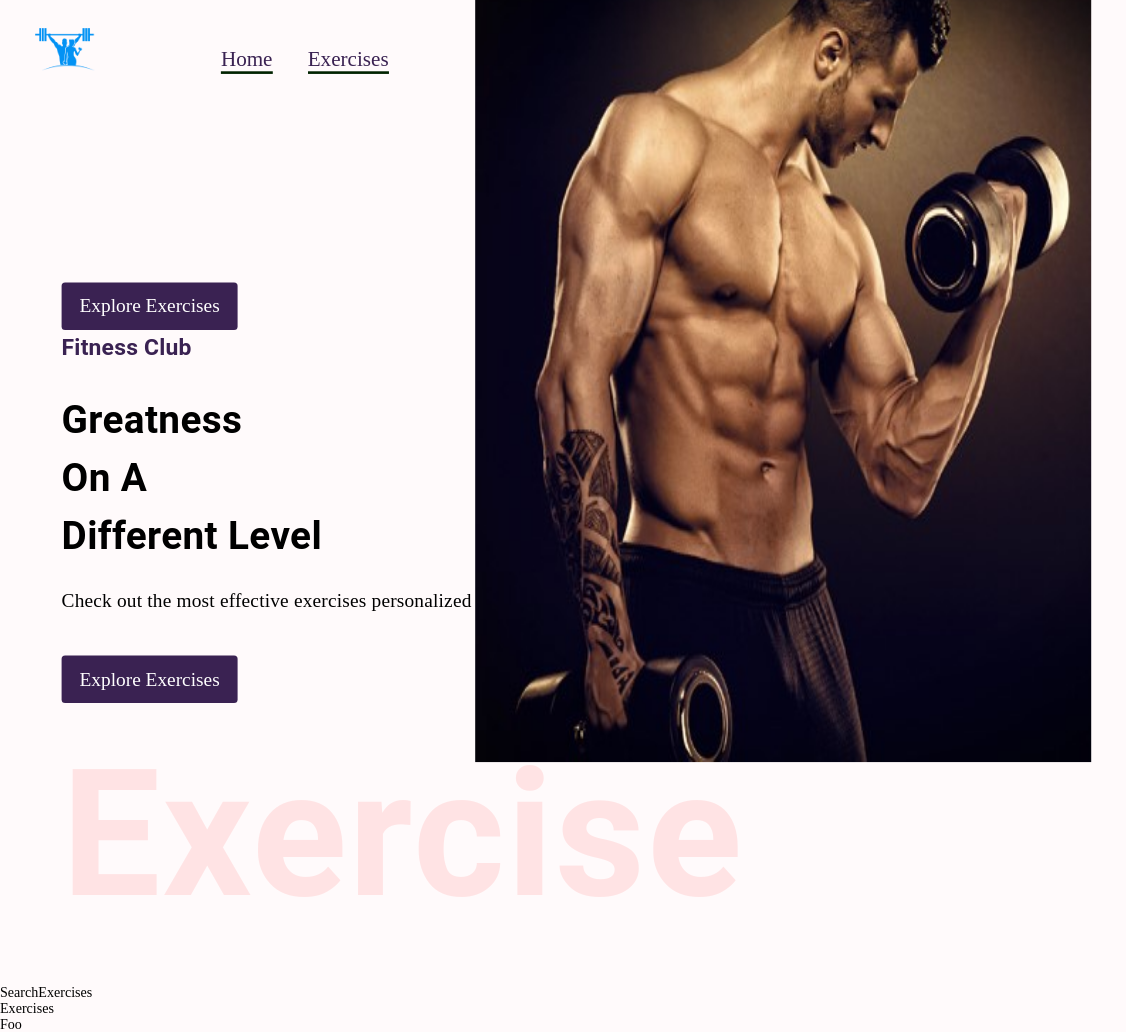
Repository: MhlengiNgubane/Workout-App
Page: /
The author's editor kept a copy of each file at every save. The page is drawn from the files as they stood at one save, then again after the next save.
The browser window is 1280 px wide. The pictures show the whole page, at 88% of full size.
The project was rebuilt for these pictures with package versions that can differ from the ones it lists, and the page was loaded fresh each time. Also part of the build but not shown: src/pages/ExerciseDetail.js.

Above is the page before, as saved 2022-08-01 08:58:06.

### public/index.html
<!DOCTYPE html>
<html lang="en">
  <head>
    <meta charset="utf-8" />
    <link rel="icon" href="%PUBLIC_URL%/favicon.ico" />
    <meta name="viewport" content="width=device-width, initial-scale=1" />
    <meta name="theme-color" content="#000000" />
    <meta
      name="description"
      content="Web site created using create-react-app"
    />
    <link rel="apple-touch-icon" href="%PUBLIC_URL%/logo192.png" />
    <!--
      manifest.json provides metadata used when your web app is installed on a
      user's mobile device or desktop. See https://developers.google.com/web/fundamentals/web-app-manifest/
    -->
    <link rel="manifest" href="%PUBLIC_URL%/manifest.json" />
    <!--
      Notice the use of %PUBLIC_URL% in the tags above.
      It will be replaced with the URL of the `public` folder during the build.
      Only files inside the `public` folder can be referenced from the HTML.

      Unlike "/favicon.ico" or "favicon.ico", "%PUBLIC_URL%/favicon.ico" will
      work correctly both with client-side routing and a non-root public URL.
      Learn how to configure a non-root public URL by running `npm run build`.
    -->
    <title>MSN GYM</title>
  </head>
  <body>
    <noscript>You need to enable JavaScript to run this app.</noscript>
    <div id="root"></div>
    <!--
      This HTML file is a template.
      If you open it directly in the browser, you will see an empty page.

      You can add webfonts, meta tags, or analytics to this file.
      The build step will place the bundled scripts into the <body> tag.

      To begin the development, run `npm start` or `yarn start`.
      To create a production bundle, use `npm run build` or `yarn build`.
    -->
  </body>
</html>

### src/index.js
import React from 'react';
import ReactDOM from 'react-dom';
import App from './App';
import { BrowserRouter } from 'react-router-dom';

const root = ReactDOM.createRoot(document.getElementById('root'));

root.render(
    <React.StrictMode>
      <BrowserRouter>
        <App />
      </BrowserRouter>
    </React.StrictMode>,
  );

### src/components/Navbar.js
import React from 'react';
import { Link } from 'react-router-dom';
import { Stack } from '@mui/material';
import Logo from '../assets/images/Logo.png';

const Navbar = () => (
    <Stack direction="row" justifyContent="space-around" sx={{ gap: { sm: '123px', xs: '40px' }, mt: { sm: '32px', xs: '20px' }, justifyContent: 'none' }} px="20px">
        <Link to="/">
            <img src={Logo} alt="logo" style={{ width: '68px', height: '48px', margin: '0px 20px' }} />
        </Link>
        <Stack
            direction="row"
            gap="40px"
            fontFamily="Alegreya"
            fontSize="24px"
            alignItems="flex-end"
        >
            <Link to="/" style={{ textDecoration: 'none', color: '#3A2252', borderBottom: '3px solid #002300' }}>Home</Link>
            <a href="exercises" style={{ textDecoration: 'none', color: '#3A2252', borderBottom: '3px solid #002300' }}>Exercises</a>
        </Stack>
  </Stack>
);

export default Navbar;

### src/components/Footer.js
import React from 'react';

const Footer = () => {
    return (
        <div>Foo</div>
    )
};

export default Footer;

### src/components/Exercises.js
import React from 'react';

const Exercises = () => {
    return (
        <div>Exercises</div>
    )
};

export default Exercises;

### src/components/SearchExercises.js
import React from 'react';

const SearchExercises = () => {
    return (
        <div>SearchExercises</div>
    )
};

export default SearchExercises;

### src/components/HeroBanner.js
import React from 'react';
import { Box, Stack, Typography } from '@mui/material';
import HeroBannerImage from '../assets/images/banner.png';

const HeroBanner = () => (
  <Box sx={{ mt: { lg: '212px', xs: '70px' }, ml: { sm: '50px' } }} position="relative" p="20px">
    <Stack>
      <a href="exercises" style={{ marginTop: '5px', textDecoration: 'none', width: '200px', textAlign: 'center', background: '#3A2252', padding: '14px', fontSize: '22px', textTransform: 'none', color: 'white', borderRadius: '4px' }}>Explore Exercises</a>
    </Stack>
    <Typography color="#3A2252" fontWeight="600" fontSize="26px">Fitness Club</Typography>
    <Typography fontWeight={700} sx={{ fontSize: { lg: '44px', xs: '40px' } }} mb="23px" mt="30px">
      Greatness <br /> On A <br />
      Different Level
    </Typography>
    <Typography fontSize="22px" fontFamily="Alegreya" lineHeight="35px">
      Check out the most effective exercises personalized to you
    </Typography>
    <Stack>
      <a href="exercises" style={{ marginTop: '45px', textDecoration: 'none', width: '200px', textAlign: 'center', background: '#3A2252', padding: '14px', fontSize: '22px', textTransform: 'none', color: 'white', borderRadius: '4px' }}>Explore Exercises</a>
    </Stack>
    <Typography fontWeight={600} color="#FF2625" sx={{ opacity: '0.1', display: { lg: 'block', xs: 'none' }, fontSize: '200px' }}>
      Exercise
    </Typography>
    <img src={HeroBannerImage} alt="hero-banner" className="hero-banner-img" />
  </Box>
);

export default HeroBanner;

Loaded but not shown: src/App.js (common file); src/App.css (common file); src/pages/Home.js (common file)

After the next save:
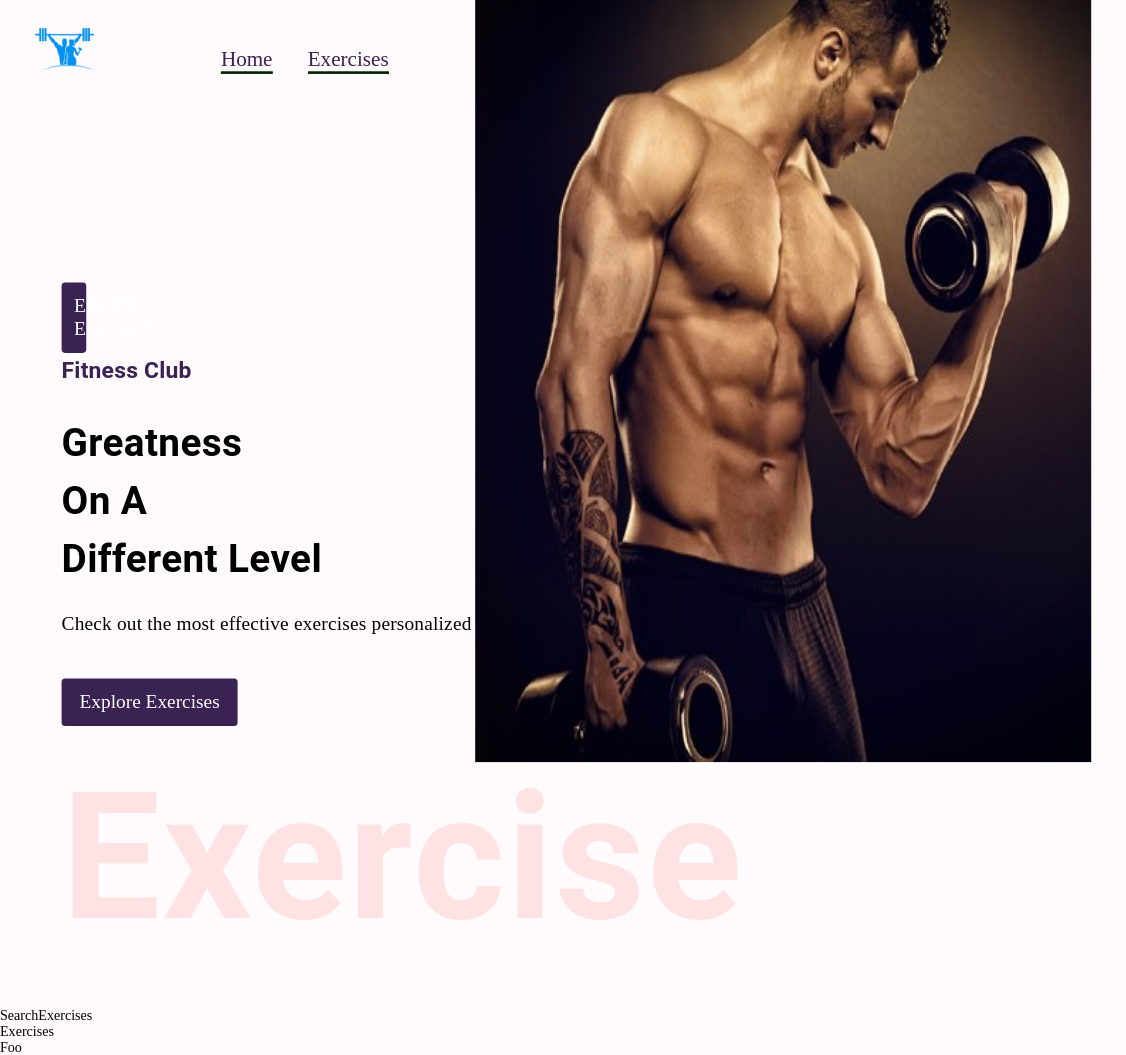
Saved 20 s later.
--- a/src/components/HeroBanner.js
+++ b/src/components/HeroBanner.js
@@ -5,7 +5,7 @@
 const HeroBanner = () => (
   <Box sx={{ mt: { lg: '212px', xs: '70px' }, ml: { sm: '50px' } }} position="relative" p="20px">
     <Stack>
-      <a href="exercises" style={{ marginTop: '5px', textDecoration: 'none', width: '200px', textAlign: 'center', background: '#3A2252', padding: '14px', fontSize: '22px', textTransform: 'none', color: 'white', borderRadius: '4px' }}>Explore Exercises</a>
+      <a href="exercises" style={{ marginTop: '5px', textDecoration: 'none', width: '20px', textAlign: 'center', background: '#3A2252', padding: '14px', fontSize: '22px', textTransform: 'none', color: 'white', borderRadius: '4px' }}>Explore Exercises</a>
     </Stack>
     <Typography color="#3A2252" fontWeight="600" fontSize="26px">Fitness Club</Typography>
     <Typography fontWeight={700} sx={{ fontSize: { lg: '44px', xs: '40px' } }} mb="23px" mt="30px">

After the save that followed:
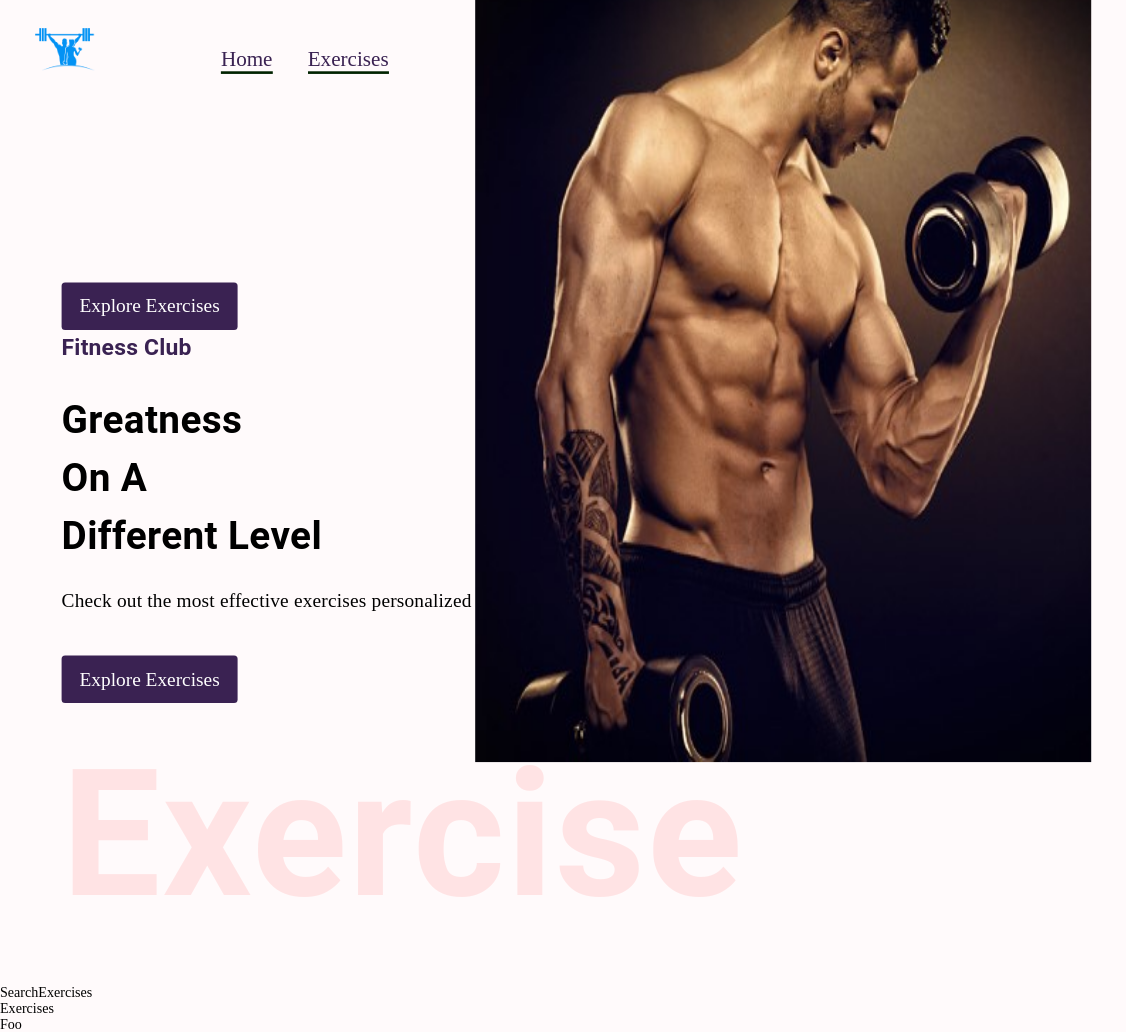
Saved 5 s later.
--- a/src/components/HeroBanner.js
+++ b/src/components/HeroBanner.js
@@ -5,7 +5,7 @@
 const HeroBanner = () => (
   <Box sx={{ mt: { lg: '212px', xs: '70px' }, ml: { sm: '50px' } }} position="relative" p="20px">
     <Stack>
-      <a href="exercises" style={{ marginTop: '5px', textDecoration: 'none', width: '20px', textAlign: 'center', background: '#3A2252', padding: '14px', fontSize: '22px', textTransform: 'none', color: 'white', borderRadius: '4px' }}>Explore Exercises</a>
+      <a href="exercises" style={{ marginTop: '5px', textDecoration: 'none', width: '200px', textAlign: 'center', background: '#3A2252', padding: '14px', fontSize: '22px', textTransform: 'none', color: 'white', borderRadius: '4px' }}>Explore Exercises</a>
     </Stack>
     <Typography color="#3A2252" fontWeight="600" fontSize="26px">Fitness Club</Typography>
     <Typography fontWeight={700} sx={{ fontSize: { lg: '44px', xs: '40px' } }} mb="23px" mt="30px">
